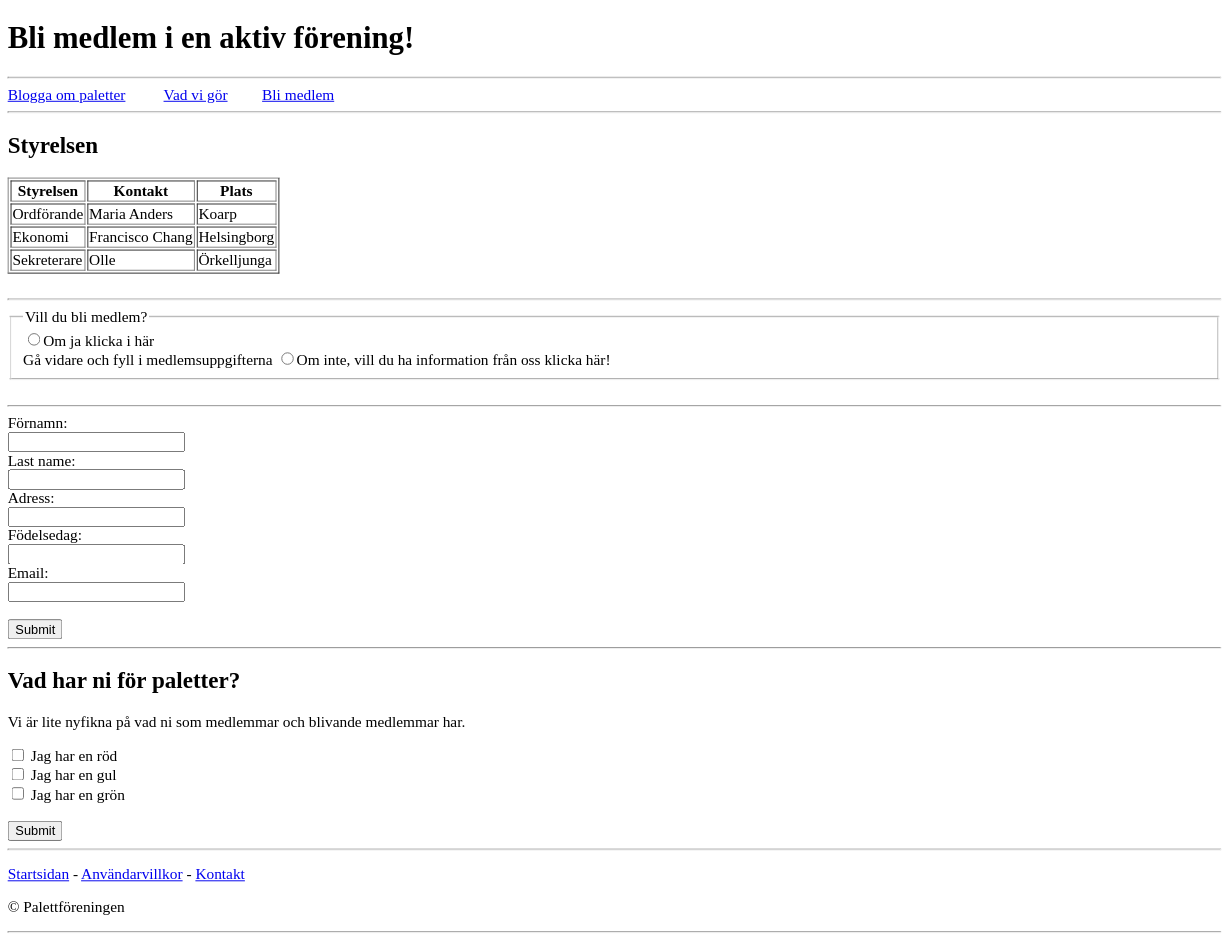
Repository: Webutveckling-20-21/Uppgift-1
Page: medlemskap.html
These files come from the project's save history. The page is drawn as it stood at one moment and after the next save; the edit follows.
The browser window is 1280 px wide. The pictures show the whole page, at 96% of full size.

Above is the page before, as saved 2021-09-07 22:13:20.

### medlemskap.html
<!DOCTYPE html>
<html lang="en">

<head>
    <meta charset="UTF-8">
    <meta name="viewport" content="width=device-width, initial-scale=1.0">
    <title>Palettföreningen</title>
</head>

<body>
    <header>
        <h1>Bli medlem i en aktiv förening!</h1>
        <hr>
        <a href="blogg.html">Blogga om paletter</a> &nbsp;&nbsp;&nbsp;&nbsp;&nbsp;&nbsp;&nbsp;&nbsp; <a
            href="verksamheten.html">Vad vi gör</a>&nbsp;&nbsp;&nbsp;&nbsp;&nbsp;&nbsp;&nbsp;&nbsp;
        <a href="medlemskap.html">Bli medlem</a>

    </header>
    <hr>
    <main>
        <h2>Styrelsen</h2>

        <table border="1">
            <tr>
                <th>Styrelsen</th>
                <th>Kontakt</th>
                <th>Plats</th>
            </tr>
            <tr>
                <td>Ordförande</td>
                <td>Maria Anders</td>
                <td>Koarp</td>
            </tr>
            <tr>
                <td>Ekonomi</td>
                <td>Francisco Chang</td>
                <td>Helsingborg</td>
            </tr>
            <tr>
                <td>Sekreterare</td>
                <td>Olle</td>
                <td>Örkelljunga</td>
            </tr>
        </table> <br>
        <hr>

        <form method="post">
            <fieldset>
                <legend>Vill du bli medlem?</legend>
                <label><input type="radio" name="radio">Om ja klicka i här</label><br>
                Gå vidare och fyll i medlemsuppgifterna</a>
                <label><input type="radio" name="radio">Om inte, vill du ha information från oss klicka här!</label>
            </fieldset> <br>
            <hr>
            <label for="fname">Förnamn:</label><br>
            <input type="text" id="text" name="text" value=""><br>
            <label for="lname">Last name:</label><br>
            <input type="text" id="text" name="text" value=""><br>

            <label for="text">Adress:</label><br>
            <input type="text" id="text" name="text" value=""><br>
            <label for="text">Födelsedag:</label><br>
            <input type="text" id="text" name="text" value=""><br>
            <label for="email">Email:</label><br>
            <input type="email" id="email" name="email" multiple> <br> <br> <input type="submit" value="Submit">
        </form>


    </main>
    <hr>
    <aside>
        <h2>Vad har ni för paletter?</h2>
        <p>Vi är lite nyfikna på vad ni som medlemmar och blivande medlemmar har.</p>

        <form>
            <input type="checkbox" id="red" name="red" value="red">
            <label for="red"> Jag har en röd</label><br>
            <input type="checkbox" id="yellow" name="yellow" value="yellow">
            <label for="yellow">Jag har en gul</label><br>
            <input type="checkbox" id="green" name="green" value="green">
            <label for="green"> Jag har en grön</label><br><br>
            <input type="submit" value="Submit">
        </form>




    </aside>
    <hr>
    <footer>
        <nav>
            <p>
                <a href="blogg.html">Startsidan</a> -
                <a href="villkor.html">Användarvillkor</a> -
                <a href="kontakt.html">Kontakt</a>
            </p>
        </nav>
        <p> &copy; Palettföreningen</p>

    </footer>
    <hr>

</body>


</html>

After the next save:
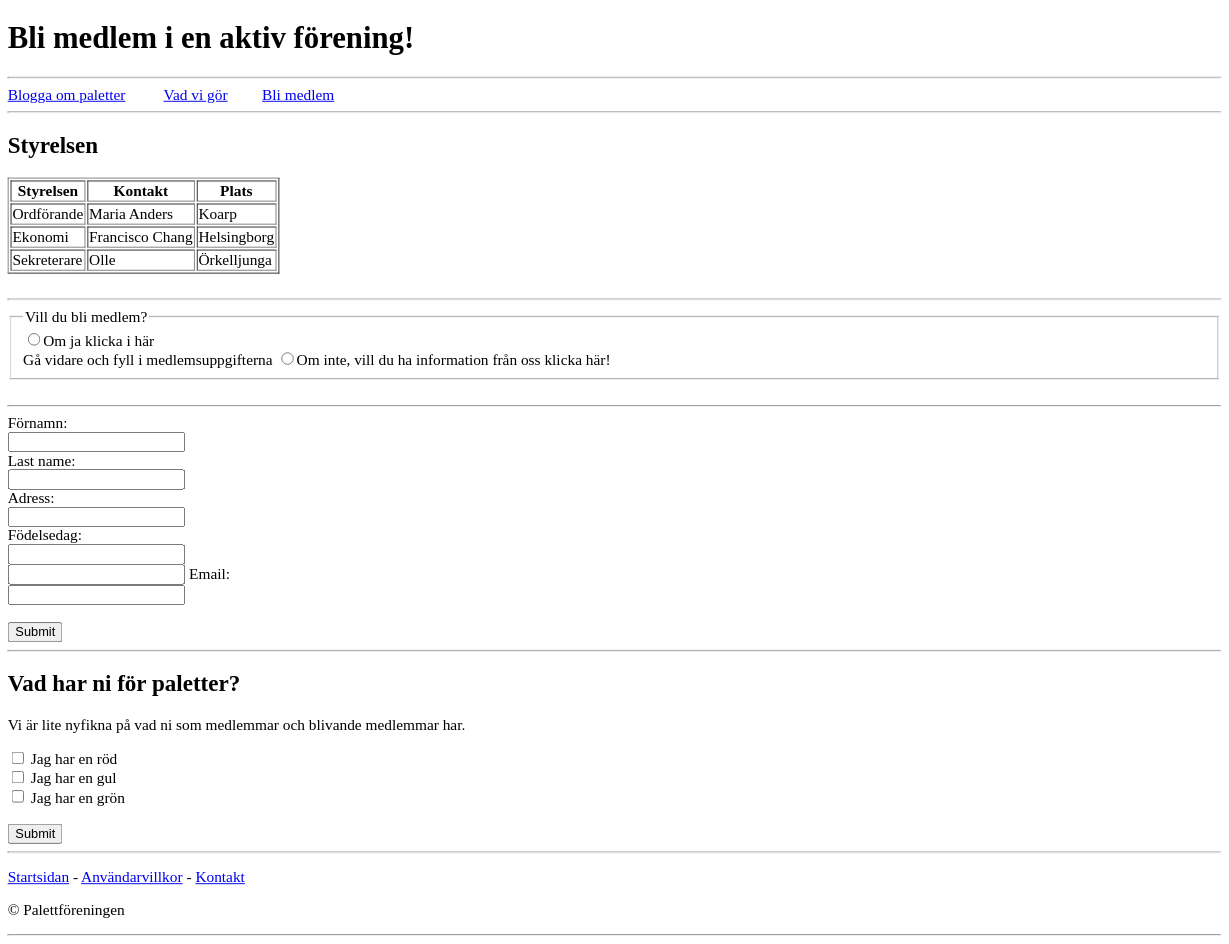
Saved 56 s later.
--- a/medlemskap.html
+++ b/medlemskap.html
@@ -61,6 +61,7 @@
             <input type="text" id="text" name="text" value=""><br>
             <label for="text">Födelsedag:</label><br>
             <input type="text" id="text" name="text" value=""><br>
+            <input type="tel" id="tel" name="tel">
             <label for="email">Email:</label><br>
             <input type="email" id="email" name="email" multiple> <br> <br> <input type="submit" value="Submit">
         </form>
